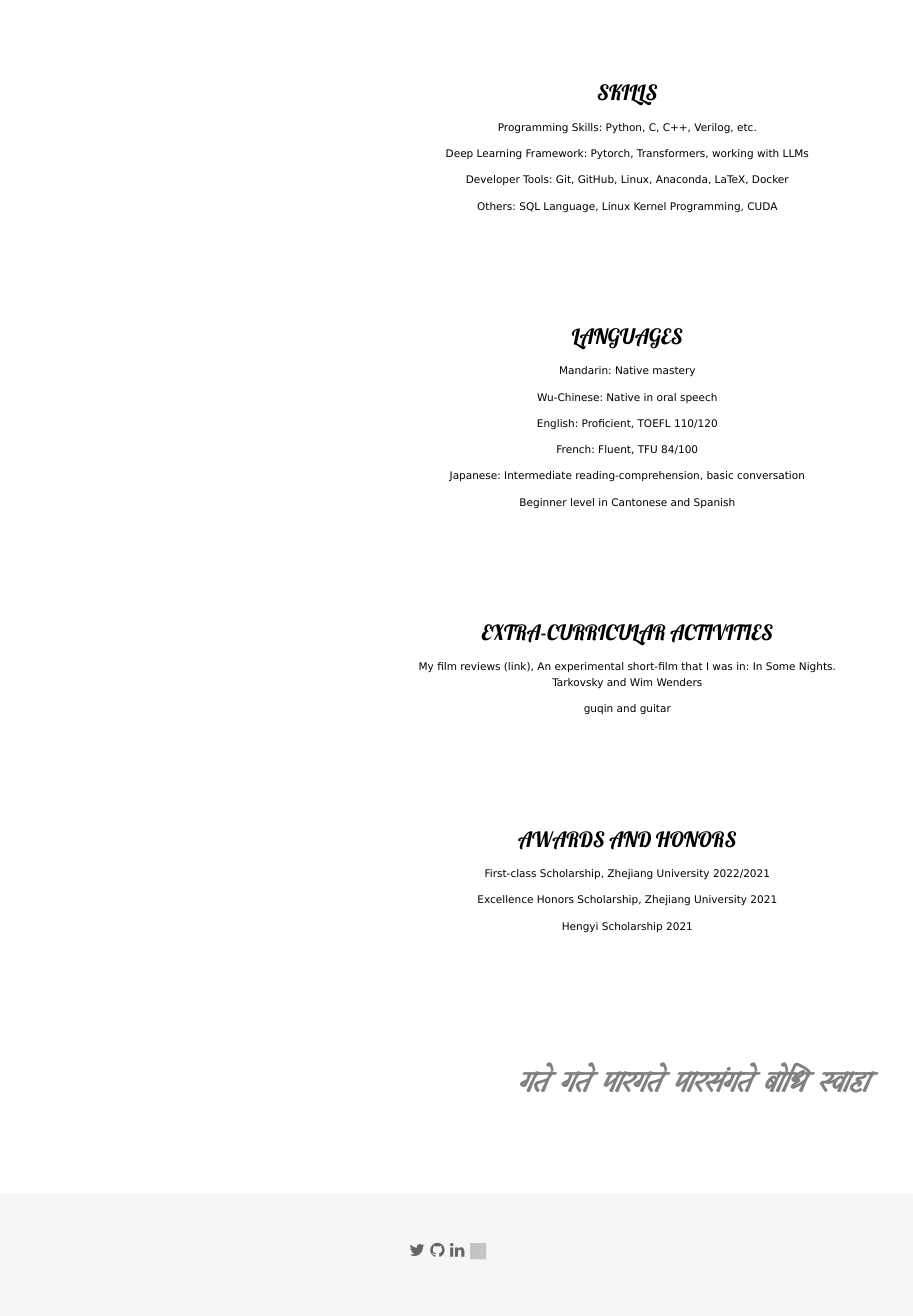
Repository: Ej-zhou/ej-zhou.github.io
Page: index.html
An editor plug-in stored every save of this project. The page is shown before and after the next save, followed by the edit.
The browser window is 1280 px wide. The page is 1304 px wide, so the pictures cover 1304 px, including what lies to the right of the window. The pictures show the part of the page from y = 4509 to 6389 px (the page is 6389 px tall before and 6374 px after), at 70% of full size.
Pictures or frames that could not be fetched are drawn as grey boxes. Some web fonts or font styles are not loaded; a fallback is used.

Above is the page before, as saved 2023-08-12 15:06:53.

After the next save:
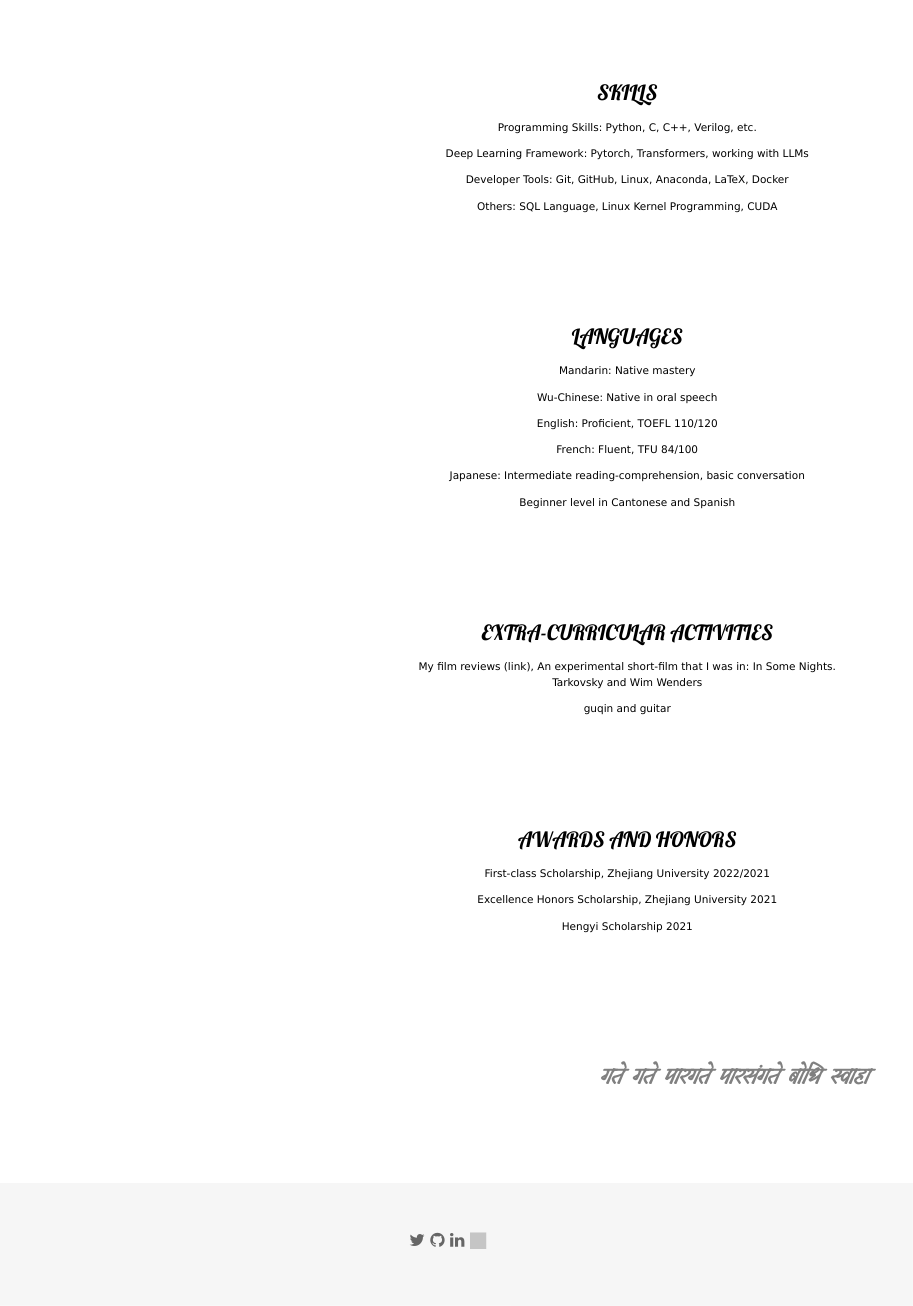
Saved 8 s later.
--- a/index.html
+++ b/index.html
@@ -59,7 +59,7 @@
 
     .sanskrit {
         font-family: 'Tillana';
-        font-size: 43px; /* Set the font size to your desired value */
+        font-size: 33px; /* Set the font size to your desired value */
         font-style: italic;
         font-weight: bold; /* Make the text bold */
         text-align: right; /* Center align the text */
